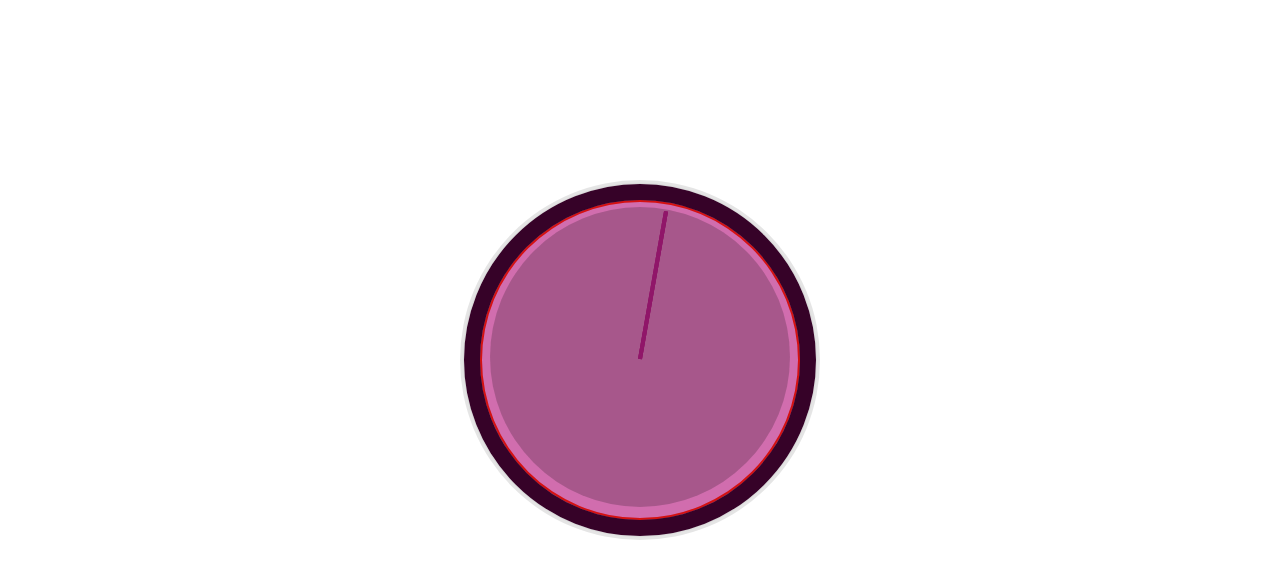
Repository: Freezler/javascript-css-clock
Page: index.html
These files come from the project's save history. The page is drawn as it stood at one moment and after the next save; the edit follows.
The browser window is 1280 px wide. The pictures show the whole page.

Above is the page before, as saved 2024-08-24 16:00:00.

### index.html
<!DOCTYPE html>
<html lang="en">

<head>
    <meta charset="UTF-8">
    <title>JS + CSS Clock</title>
    <link rel="icon" href="https://fav.farm/🔥" />
    <link rel="stylesheet" href="style.css">
</head>

<body>
    <div class="clock">
        <div class="clock-face">
            <div class="hand hour-hand"></div>
            <div class="hand min-hand"></div>
            <div class="hand second-hand"></div>
        </div>
    </div>
    <script src="/main.js"></script>
</body>

</html>

### style.css
html {
    background: url() no-repeat center center fixed;
    background-repeat: no-repeat;
    background-attachment: fixed;
    background-position: center center;
    background-size: cover;
    font-family: 'system-ui', sans-serif;
    text-align: center;
    font-size: 10px;
}

body {
    margin: 0;
    font-size: 2rem;
    display: flex;
    flex: 1;
    min-height: 100vh;
    align-items: center;
}

.clock {
    width: 30rem;
    height: 30rem;
    border: 16px solid rgb(54, 2, 40);
    border-radius: 50%;
    margin: 50px auto;
    position: relative;
    padding: 1rem;
    box-shadow:
        0 0 0 4px rgba(0, 0, 0, 0.1),
        inset 0 0 0 2px #d51111,
        inset 0 0 2px black,
        0 0 2px rgba(0, 0, 0, 0.2);
    background: rgba(181, 18, 124, 0.616);
}

.clock-face {
    position: relative;
    width: 100%;
    height: 100%;
    transform: translateY(-3px);
    /* account for the height of the clock hands */
    background: rgba(0, 0, 0, 0.2);
    border-radius: 50%;
}

.hand {
    width: 50%;
    height: 4px;
    background: rgb(144, 22, 105);
    position: absolute;
    top: 50%;
    z-index: 100;
    transform-origin: 100%;
    transform: rotate(100deg);
    transition-timing-function: cubic-bezier(0.1, 2.7, 0.58, 1);
    transition: all 0.05s;
}

@keyframes rotate {
    from {
        transform: rotate(0deg);
    }
    to {
        transform: rotate(360deg);
    }
}

Loaded but not shown: main.js (no stored copy; drawn as an empty file)

After the next save:
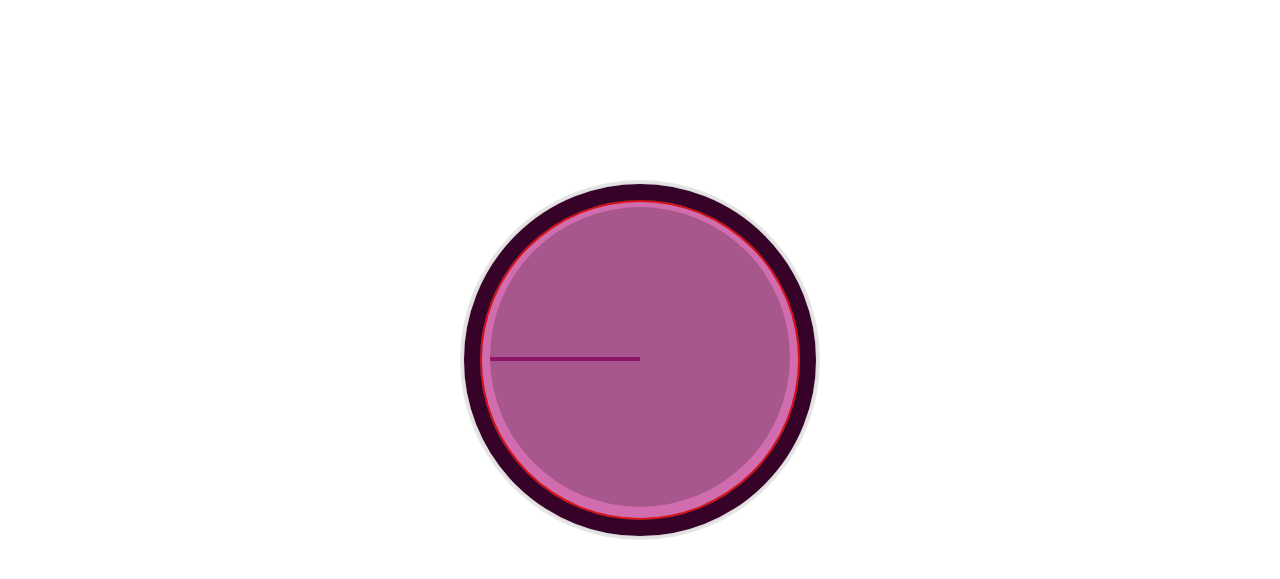
Saved 47 s later.
--- a/style.css
+++ b/style.css
@@ -52,7 +52,7 @@ body {
     top: 50%;
     z-index: 100;
     transform-origin: 100%;
-    transform: rotate(100deg);
+    transform: rotate(calc(360deg * var(--rotation)));
     transition-timing-function: cubic-bezier(0.1, 2.7, 0.58, 1);
     transition: all 0.05s;
 }
